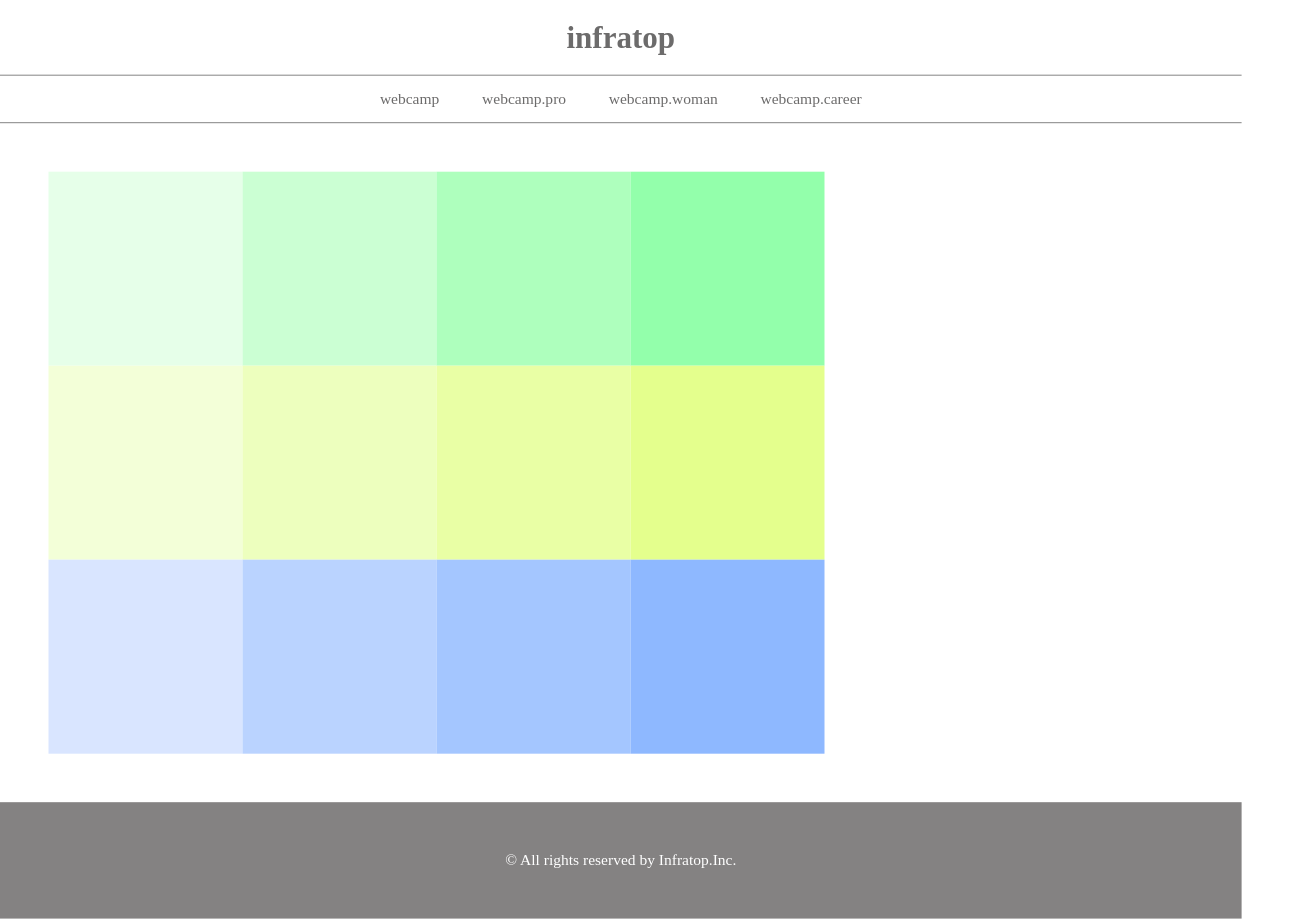
Repository: momopomi/htmlcss
Page: caravan/index.html
The author's editor kept a record of every edit. The page is drawn from the files as they stood at one moment, then again after the next edit.
The browser window is 1280 px wide. The page is 1330 px wide, then 1280 px, so the pictures cover 1330 px, including what lies to the right of the window. The pictures show the whole page, at 97% of full size.

Above is the page before.

After the next edit:
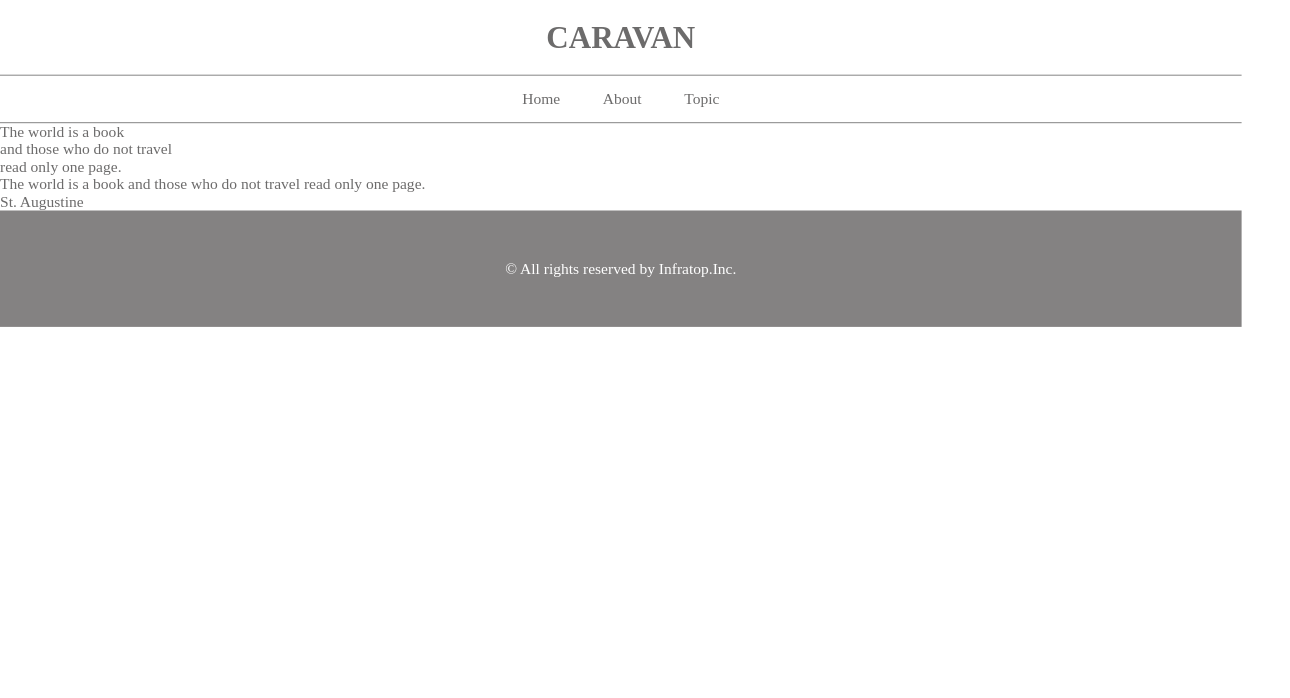
The edit:
--- a/caravan/index.html
+++ b/caravan/index.html
@@ -4,67 +4,56 @@
     <meta charset="UTF-8" />
     <!-- CSSファイルの読み込み -->
     <link rel="stylesheet" href="style.css" />
-    <title>infratop</title>
+    <title>CARAVAN</title>
   </head>
 
   <body>
-     <!-- header -->
+    <!-- header -->
     <header>
       <h1 class="heading">
-        <a href="https://infratop.jp">
-          infratop
+        <a href="index.html">
+          CARAVAN
         </a>
       </h1>
     </header>
 
-     <!-- navigation -->
+    <!-- navigation -->
     <nav>
       <ul class="nav-list">
         <li class="nav-list-item">
-          <a href="index.html">webcamp</a>
+          <a href="index.html">Home</a>
         </li>
-        <li class="nav-list-item">
-          <a href="index.html">webcamp.pro</a>
-        </li>
-        <li class="nav-list-item">
-          <a href="index.html">webcamp.woman</a>
-        </li>
-        <li class="nav-list-item">
-          <a href="index.html">webcamp.career</a>
-        </li>
+        <li class="nav-list-item">About</li>
+        <li class="nav-list-item">Topic</li>
       </ul>
     </nav>
 
+    <!-- main-visual用のdiv -->
+    <div class="main-visual">
+      <div class="main-visual-content">
+        <p class="main-visual-text">
+          The world is a book<br />
+          and those who do not travel<br />
+          read only one page.
+        </p>
+        <!-- pタグ（と文字）を追加 -->
+        <p class="main-visual-text">
+          The world is a book and those who do not travel read only one page.
+        </p>
+        <p class="main-visual-name">
+          St. Augustine
+        </p>      </div>
+    </div>
+
     <!-- main用のdiv -->
-    <div class=large_main>
-
-      <div class=big_main1>
-       <div class="main1"></div>
-       <div class="main2"></div>
-       <div class="main3"></div>
-       <div class="main4"></div>
-      </div>
-
-      <div class=big_main2>
-       <div class="main5"></div>
-       <div class="main6"></div>
-       <div class="main7"></div>
-       <div class="main8"></div>
-      </div>
-
-     <div class=big_main3>
-      <div class="main9"></div>
-      <div class="main10"></div>
-      <div class="main11"></div>
-      <div class="main12"></div>
-     </div>
-
+    <div class="main">
+      <div class="blog"></div>
+      <div class="sidebar"></div>
     </div>
 
     <!-- footer -->
     <footer>
       <p class="footer-text">© All rights reserved by Infratop.Inc.</p>
     </footer>
-
   </body>
 </html>
